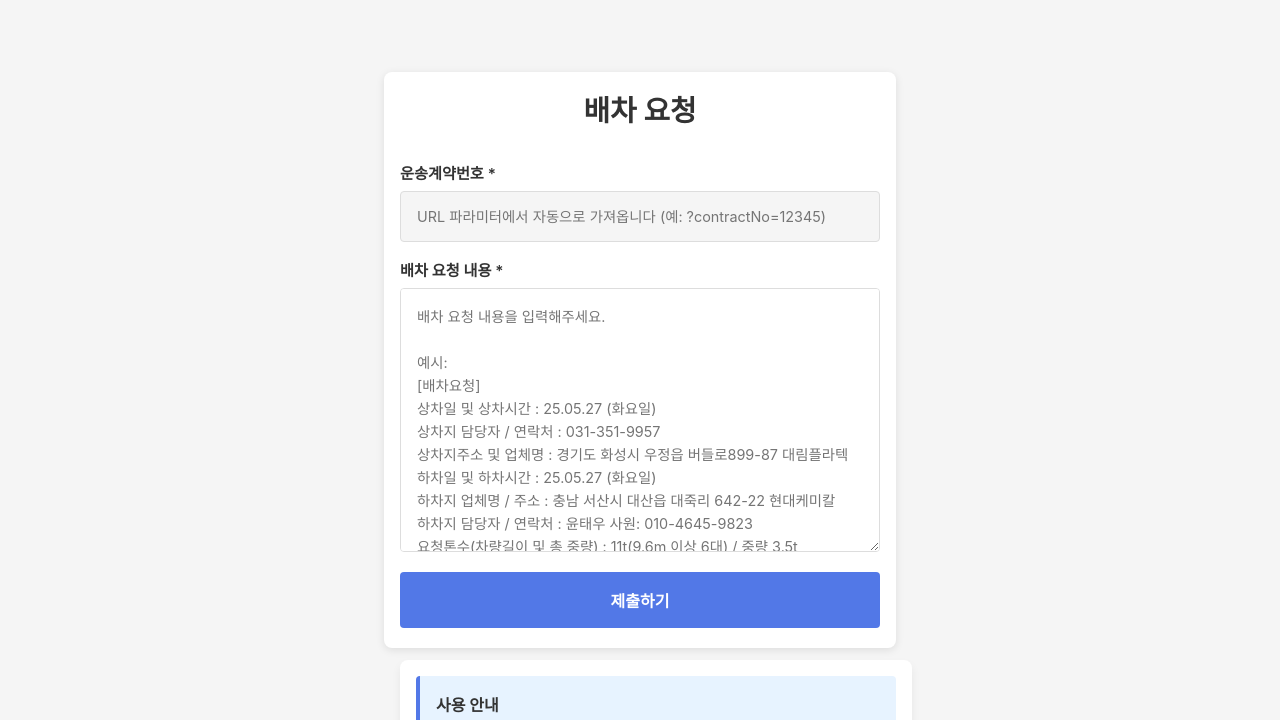
Repository: deul428/logis_transport
Page: / (app in frontend/)
The author's editor kept a copy of each file at every save. The page is drawn from the files as they stood at one save, then again after the next save.
The browser window is 1280 px wide. The pictures show the whole page.
The project was rebuilt for these pictures with package versions that can differ from the ones it lists, and the page was loaded fresh each time. Also part of the build but not shown: frontend/src/App.scss.

Above is the page before, as saved 2025-11-13 13:55:39.

After the next save:
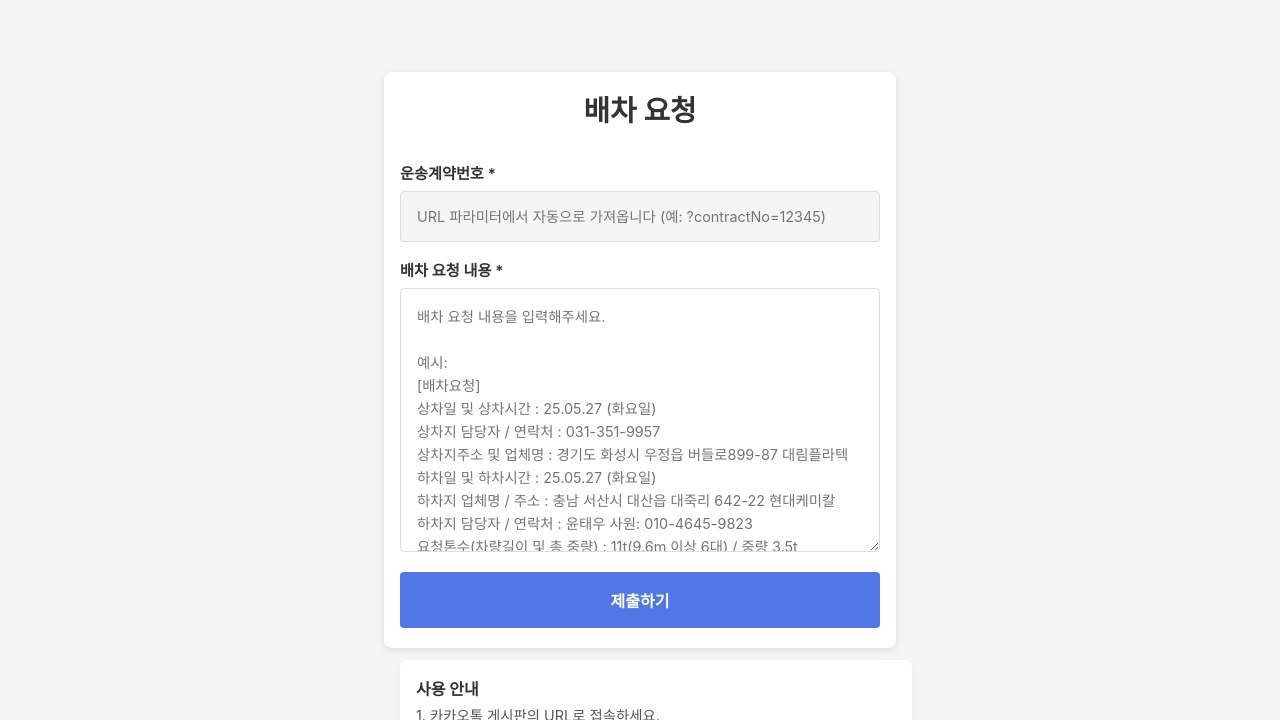
Saved 11 s later.
--- a/frontend/src/styles/transport.scss
+++ b/frontend/src/styles/transport.scss
@@ -177,11 +177,6 @@
       margin-top: 2rem;
 
       .info_box {
-        background-color: #e7f3ff;
-        border-left: 0.25rem solid #5278e7;
-        padding: 1rem;
-        border-radius: 0.25rem;
-
         h3 {
           margin: 0 0 0.25rem;
           font-size: 1rem;
